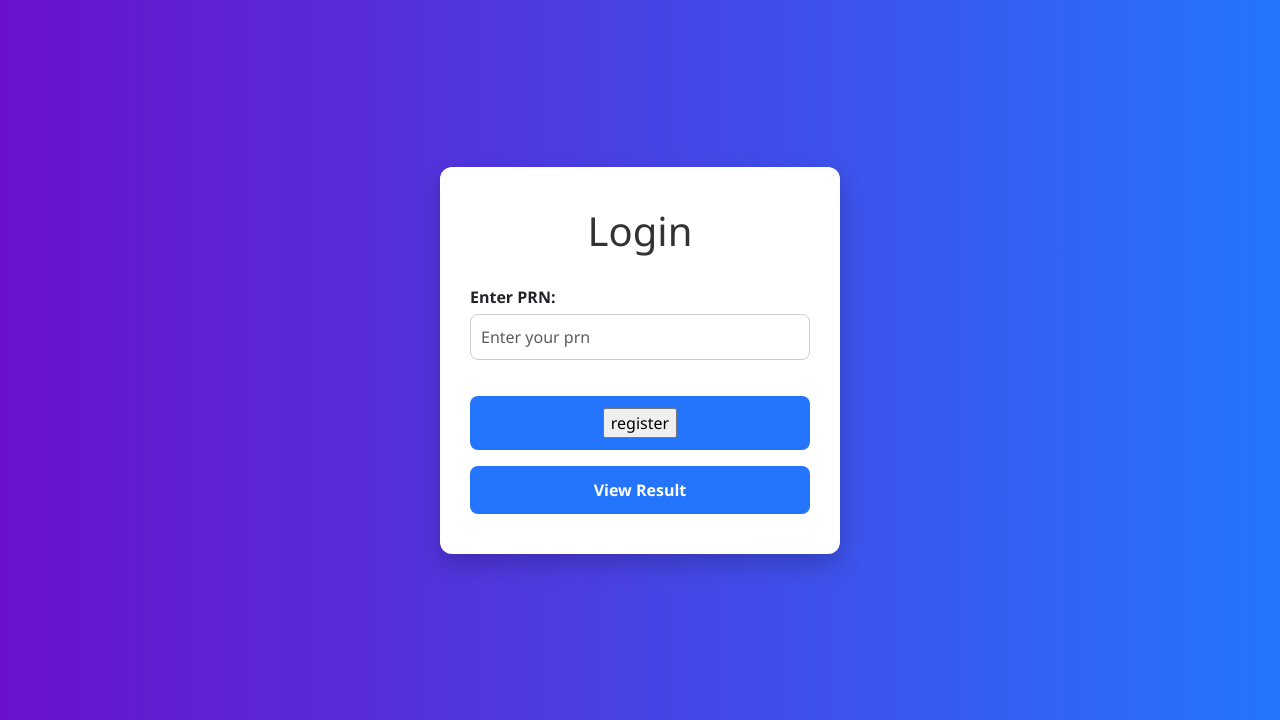
Repository: Mali-Sagar-A/Advance_Web_Java
Page: ResultApp/src/main/webapp/index.html
An editor plug-in stored every save of this project. The page is shown before and after the next save, followed by the edit.
The browser window is 1280 px wide. The pictures show the whole page.

Above is the page before, as saved 2025-05-17 11:04:50.

After the next save:
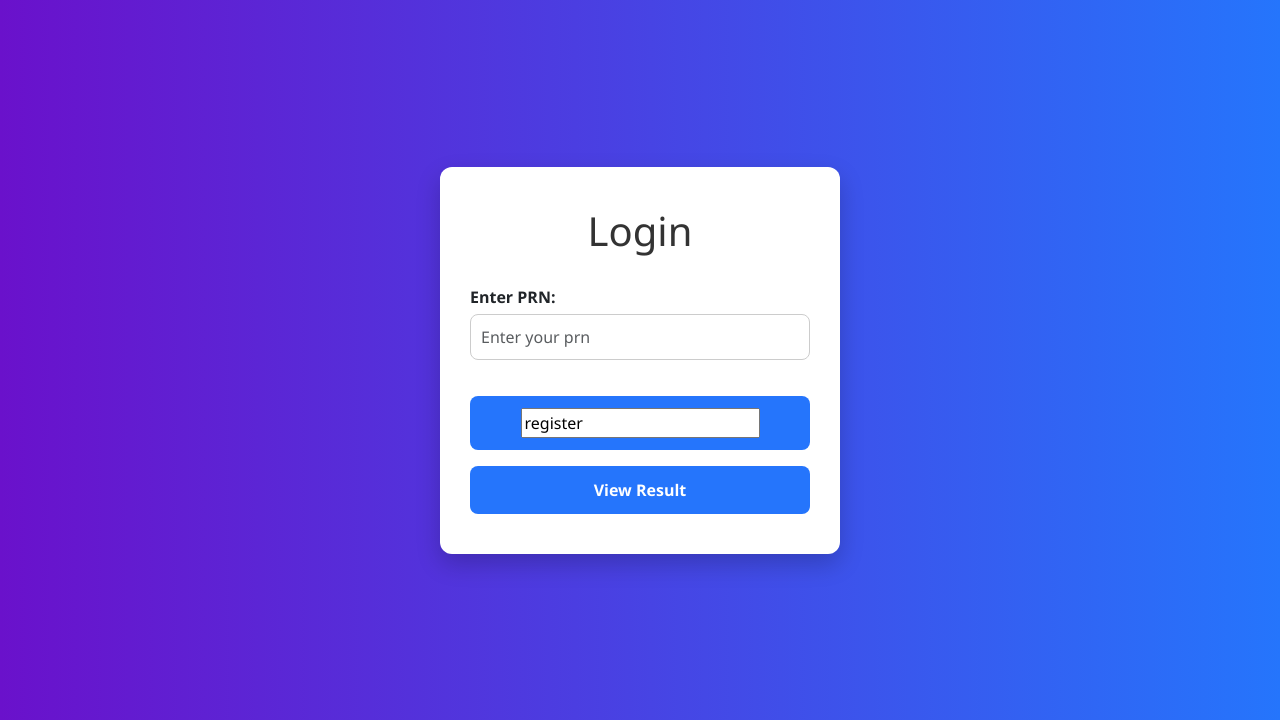
Saved 36 s later.
--- a/ResultApp/src/main/webapp/index.html
+++ b/ResultApp/src/main/webapp/index.html
@@ -104,7 +104,7 @@
       <label for="textPrn" class="form-label">Enter PRN:</label>
       <input type="text" name="textPrn" id="textPrn" class="form-control" placeholder="Enter your prn">
 
-		<button type="submit" class="btn btn-login mt-3"><input type="button" name="register" value="register"></button>
+		<button type="submit" class="btn btn-login mt-3"><input type="text" name="register" value="register"></button>
 
       <button type="submit" class="btn btn-login mt-3">View Result</button>
     </form>
